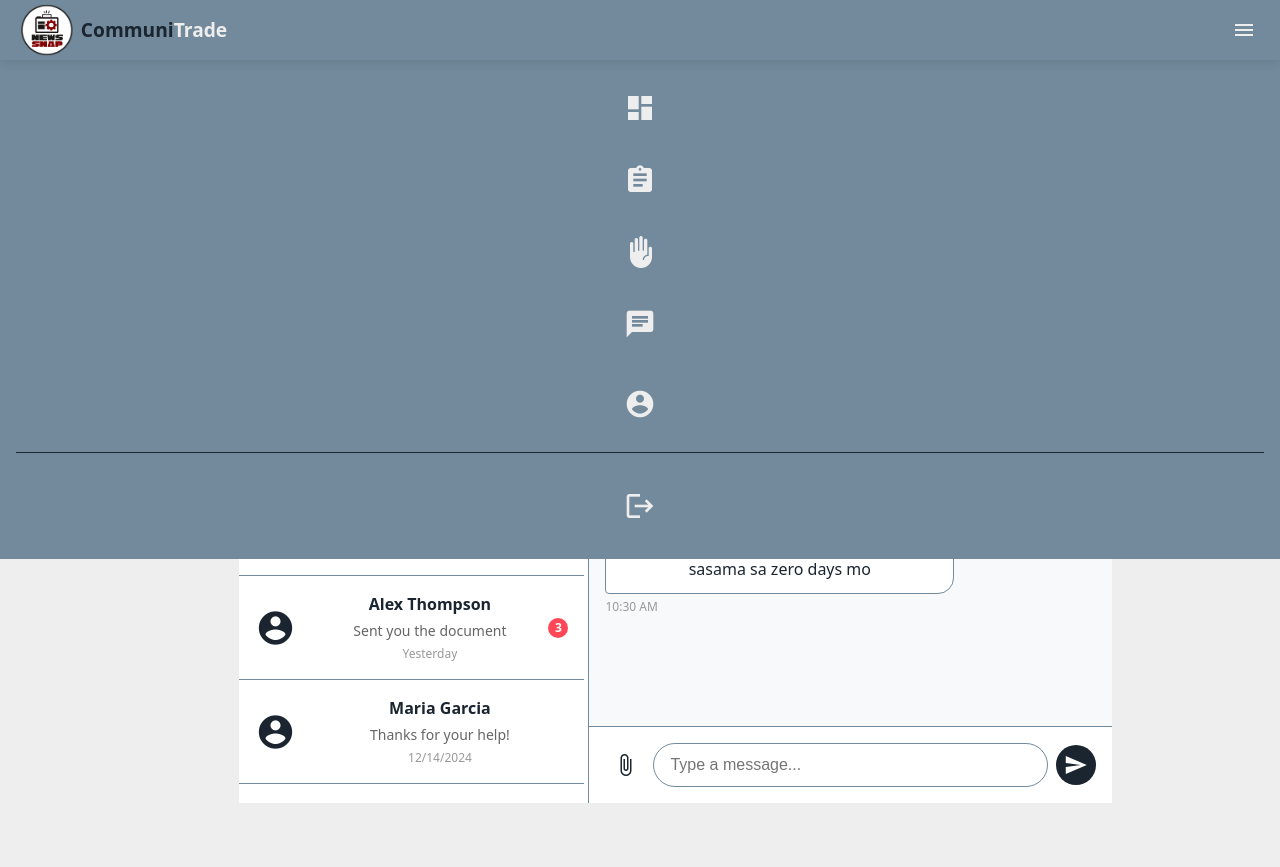
Repository: wholaanmo/news-snap
Page: /message
An editor plug-in stored every save of this project. The page is shown before and after a run of saves, followed by the edit.
The browser window is 1280 px wide. The pictures show the whole page.
The project was rebuilt for these pictures with package versions that can differ from the ones it lists, and the page was loaded fresh each time. Also part of the build but not shown: src/components/AdminNavbar.vue, src/components/AdminSidebar.vue, src/layouts/AdminLayout.vue.

Above is the page before, as saved 2025-10-15 20:00:38.

### index.html
<!doctype html>
<html lang="en">
  <head>
    <meta charset="UTF-8" />
    <link rel="icon" type="image/svg+xml" href="/vite.svg" />
    <meta name="viewport" content="width=device-width, initial-scale=1.0" />
    <title>CommuniTrade</title>
    <link href="https://fonts.googleapis.com/css2?family=Material+Icons"
      rel="stylesheet">
    <link href="https://fonts.googleapis.com/css2?family=Roboto:wght@400;700&display=swap" rel="stylesheet">
    <link href="https://fonts.googleapis.com/css2?family=Inter:wght@400;600&display=swap" rel="stylesheet">
  </head>
  <body>
    <div id="app"></div>
    <script type="module" src="/src/main.js"></script>
  </body>
</html>

### src/App.vue
<template>
  <div class="app">
    <router-view />
  </div>
</template>

<script setup>
// No need for layout logic here anymore - it's handled by individual layouts
</script>

<style lang="css">
:root {
  --primary: #1a2530;
  --grey: #728a9c;
  --dark: #0F0E0E;
  --dark-alt: #37353E;
  --light: #EEEEEE;
  --sidebar-width: 230px;
}

* {
  margin: 0;
  padding: 0;
  box-sizing: border-box;
  scrollbar-width: thin;
  scrollbar-color: #728a9c #f0f0f0;
}

body {
  background: var(--light);
}

button {
  cursor: pointer;
  appearance: none;
  border: none;
  outline: none;
  background: none;
}

.app {
  min-height: 100vh;
}
</style>

### src/layouts/UserLayout.vue
<template>
    <div class="user-layout">
      <UserNavbar :toggle-sidebar="toggleSidebar" />
      <div class="layout-body">
        <UserSidebar :isOpen="sidebarOpen" @toggle="sidebarOpen = $event" />
        <main class="user-content" :class="sidebarOpen && 'sidebar-open'">
          <router-view />
        </main>
      </div>
    </div>
  </template>

  <script setup>
  import { ref } from 'vue'
  import UserNavbar from '@/components/Navbar.vue'
  import UserSidebar from '@/components/Sidebar.vue'

  const sidebarOpen = ref(false)

  const toggleSidebar = () => {
    sidebarOpen.value = !sidebarOpen.value
  }
  </script>

  <style scoped>
  .user-layout {
    min-height: 100vh;
  }

  .layout-body {
    display: flex;
    min-height: calc(100vh - 60px);
    margin-top: 30px; /* Account for navbar height */
  }

  .user-content {
    flex: 1 1 0;
    margin-left: calc(1.5rem + 32px);
    transition: margin-left 0.2s ease-out;
    padding: 2rem;
  }

  .user-content.sidebar-open {
    margin-left: var(--sidebar-width);
  }

  @media (max-width: 768px) {
    .user-content {
      margin-left: 0;
      padding: 1rem;
    }

    .user-content.sidebar-open {
      margin-left: 0;
    }
  }
  </style>

### src/views/message.vue
<template>
  <div class="message-page">
    <!-- Sidebar with conversation list -->
    <div class="conversation-sidebar" :class="{ 'sidebar-collapsed': !isSidebarExpanded }">
      <div class="sidebar-header">
        <h2>Messages</h2>
      </div>

      <div class="conversation-list">
        <div
          v-for="conversation in conversations"
          :key="conversation.id"
          class="conversation-item"
          :class="{ active: activeConversation?.id === conversation.id }"
          @click="selectConversation(conversation)"
        >
          <div class="avatar">
            <span class="material-icons">account_circle</span>
          </div>
          <div class="conversation-info">
            <div class="user-name">{{ conversation.userName }}</div>
            <div class="last-message">{{ conversation.lastMessage }}</div>
            <div class="timestamp">{{ conversation.timestamp }}</div>
          </div>
          <div v-if="conversation.unreadCount > 0" class="unread-badge">
            {{ conversation.unreadCount }}
          </div>
        </div>
      </div>
    </div>

    <!-- Main chat area -->
    <div class="chat-area">
      <div v-if="activeConversation" class="chat-container">
        <!-- Chat header -->
        <div class="chat-header">
          <div class="chat-user-info">
            <span class="material-icons">account_circle</span>
            <span class="user-name">{{ activeConversation.userName }}</span>
            <span class="status" :class="activeConversation.status">{{ activeConversation.status }}</span>
          </div>
        </div>

        <!-- Messages container -->
        <div class="messages-container" ref="messagesContainer">
          <div
            v-for="message in activeConversation.messages"
            :key="message.id"
            class="message"
            :class="message.sender"
          >
            <div class="message-content">
              <img
                v-if="message.type === 'image'"
                :src="message.content"
                alt="Sent image"
                class="message-image"
                @click="openImageModal(message.content)"
              />
              <span v-else>{{ message.content }}</span>
            </div>
            <div class="message-time">
              {{ message.time }}
            </div>
          </div>
        </div>

        <!-- Message input -->
        <div class="message-input-container">
          <div class="input-wrapper">
            <input
              ref="fileInput"
              type="file"
              accept="image/*"
              style="display: none"
              @change="handleImageUpload"
            />
            <button @click="triggerFileInput" class="attachment-button">
              <span class="material-icons">attach_file</span>
            </button>
            <input
              v-model="newMessage"
              type="text"
              placeholder="Type a message..."
              @keyup.enter="sendMessage"
              class="message-input"
            >
            <button @click="sendMessage" class="send-button">
              <span class="material-icons">send</span>
            </button>
          </div>
        </div>
      </div>

      <!-- Empty state when no conversation selected -->
      <div v-else class="no-conversation">
        <div class="empty-state">
          <span class="material-icons">chat</span>
          <h3>Select a conversation</h3>
          <p>Choose a conversation from the list to start messaging</p>
        </div>
      </div>
    </div>

    <!-- Image Modal -->
    <div v-if="selectedImage" class="image-modal" @click="closeImageModal">
      <div class="modal-content">
        <img :src="selectedImage" alt="Full size image" />
        <button class="close-modal" @click="closeImageModal">
          <span class="material-icons">close</span>
        </button>
      </div>
    </div>
  </div>
</template>

<script setup>
import { ref, onMounted, nextTick } from 'vue'

// Reactive data
const isSidebarExpanded = ref(true)
const activeConversation = ref(null)
const newMessage = ref('')
const messagesContainer = ref(null)
const fileInput = ref(null)
const selectedImage = ref(null)

// Sample conversations data
const conversations = ref([
  {
    id: 1,
    userName: 'John Doe',
    lastMessage: 'Thanks for the help!',
    timestamp: '10:30 AM',
    unreadCount: 2,
    status: 'online',
    messages: [
      { id: 1, content: 'Hi sah!', sender: 'them', time: '10:15 AM' },
      { id: 2, content: 'Uy musta my young stunna?', sender: 'me', time: '10:16 AM' },
      { id: 3, content: 'Need ko help sa project namin', sender: 'them', time: '10:20 AM' },
      { id: 4, content: 'Ay bounce na ko jan sah', sender: 'me', time: '10:25 AM' },
      { id: 5, content: 'Awit, makikita mo talaga kung sino sasama sa zero days mo', sender: 'them', time: '10:30 AM' }
    ]
  },
  {
    id: 2,
    userName: 'Sarah Wilson',
    lastMessage: 'See you tomorrow!',
    timestamp: 'Yesterday',
    unreadCount: 0,
    status: 'offline',
    messages: [
      { id: 1, content: 'Meeting tomorrow at 3 PM', sender: 'them', time: 'Yesterday' },
      { id: 2, content: 'Owkie dowkie', sender: 'me', time: 'Yesterday' }
    ]
  },
  {
    id: 3,
    userName: 'Mike Johnson',
    lastMessage: 'Tapos na po maem',
    timestamp: '12/15/2024',
    unreadCount: 1,
    status: 'online',
    messages: [
      { id: 1, content: 'The files you requested are ready for review', sender: 'them', time: '12/15/2024' }
    ]
  },
  {
    id: 4,
    userName: 'Emily Davis',
    lastMessage: 'Are we still meeting today?',
    timestamp: '11:45 AM',
    unreadCount: 0,
    status: 'online',
    messages: [
      { id: 1, content: 'Hey, are you available for a quick call?', sender: 'them', time: '11:30 AM' },
      { id: 2, content: 'Sure, what time works for you?', sender: 'me', time: '11:35 AM' }
    ]
  },
  {
    id: 5,
    userName: 'Alex Thompson',
    lastMessage: 'Sent you the document',
    timestamp: 'Yesterday',
    unreadCount: 3,
    status: 'online',
    messages: [
      { id: 1, content: 'Can you review this document when you have time?', sender: 'them', time: 'Yesterday' },
      { id: 2, content: 'Of course, send it over', sender: 'me', time: 'Yesterday' }
    ]
  },
  {
    id: 6,
    userName: 'Maria Garcia',
    lastMessage: 'Thanks for your help!',
    timestamp: '12/14/2024',
    unreadCount: 0,
    status: 'offline',
    messages: [
      { id: 1, content: 'I really appreciate your assistance with the project', sender: 'them', time: '12/14/2024' },
      { id: 2, content: 'Happy to help anytime!', sender: 'me', time: '12/14/2024' }
    ]
  },
  {
    id: 7,
    userName: 'David Chen',
    lastMessage: 'Lets catch up soon',
    timestamp: '12/13/2024',
    unreadCount: 1,
    status: 'online',
    messages: [
      { id: 1, content: 'Long time no see! How have you been?', sender: 'them', time: '12/13/2024' },
      { id: 2, content: 'Doing great! We should definitely meet up', sender: 'me', time: '12/13/2024' }
    ]
  },
  {
    id: 8,
    userName: 'Lisa Rodriguez',
    lastMessage: 'The package arrived',
    timestamp: '12/12/2024',
    unreadCount: 0,
    status: 'offline',
    messages: [
      { id: 1, content: 'Just wanted to let you know the package arrived safely', sender: 'them', time: '12/12/2024' },
      { id: 2, content: 'Great! Thanks for the update', sender: 'me', time: '12/12/2024' }
    ]
  },
  {
    id: 9,
    userName: 'Kevin Wilson',
    lastMessage: 'Check this out!',
    timestamp: '12/11/2024',
    unreadCount: 2,
    status: 'online',
    messages: [
      { id: 1, content: 'Found this interesting article you might like', sender: 'them', time: '12/11/2024' },
      { id: 2, content: 'Looks cool, Ill read it later', sender: 'me', time: '12/11/2024' }
    ]
  }
])

// Methods
const toggleSidebar = () => {
  isSidebarExpanded.value = !isSidebarExpanded.value
}

const selectConversation = (conversation) => {
  activeConversation.value = conversation
  // Mark as read when selected
  conversation.unreadCount = 0
  // Scroll to bottom of messages
  nextTick(() => {
    scrollToBottom()
  })
}

const sendMessage = () => {
  if (!newMessage.value.trim() || !activeConversation.value) return

  const newMsg = {
    id: Date.now(),
    content: newMessage.value,
    sender: 'me',
    time: new Date().toLocaleTimeString([], { hour: '2-digit', minute: '2-digit' })
  }

  activeConversation.value.messages.push(newMsg)
  activeConversation.value.lastMessage = newMessage.value
  activeConversation.value.timestamp = 'Just now'

  newMessage.value = ''

  // Scroll to bottom after sending
  nextTick(() => {
    scrollToBottom()
  })
}

const triggerFileInput = () => {
  fileInput.value.click()
}

const handleImageUpload = (event) => {
  const file = event.target.files[0]
  if (file && file.type.startsWith('image/')) {
    const reader = new FileReader()
    reader.onload = (e) => {
      const imageMsg = {
        id: Date.now(),
        content: e.target.result,
        sender: 'me',
        type: 'image',
        time: new Date().toLocaleTimeString([], { hour: '2-digit', minute: '2-digit' })
      }

      activeConversation.value.messages.push(imageMsg)
      activeConversation.value.lastMessage = 'Sent an image'
      activeConversation.value.timestamp = 'Just now'

      // Scroll to bottom after sending
      nextTick(() => {
        scrollToBottom()
      })
    }
    reader.readAsDataURL(file)
  }

  // Reset file input
  event.target.value = ''
}

const openImageModal = (imageSrc) => {
  selectedImage.value = imageSrc
}

const closeImageModal = () => {
  selectedImage.value = null
}

const scrollToBottom = () => {
  if (messagesContainer.value) {
    messagesContainer.value.scrollTop = messagesContainer.value.scrollHeight
  }
}

// Lifecycle
onMounted(() => {
  // Select first conversation by default
  if (conversations.value.length > 0) {
    selectConversation(conversations.value[0])
  }
})
</script>

<style scoped>
.message-page {
  display: flex;
  height: calc(110vh - 80px);
  margin-top: -3px;
  background-color: var(--light);
}

/* Conversation Sidebar Styles */
.conversation-sidebar {
  width: 350px;
  background-color: white;
  border-right: 1px solid var(--grey);
  display: flex;
  flex-direction: column;
  transition: width 0.3s ease;
  overflow: hidden;
}

.sidebar-collapsed {
  width: 60px;
}

.sidebar-header {
  display: flex;
  justify-content: space-between;
  align-items: center;
  padding: 1rem;
  border-bottom: 1px solid var(--grey);
  background-color: var(--grey);
}

.sidebar-header h2 {
  margin: 0;
  color: var(--primary);
  font-size: 1.5rem;
}

.toggle-sidebar {
  background: none;
  border: none;
  cursor: pointer;
  color: var(--primary);
  padding: 0.5rem;
  border-radius: 0.25rem;
}

.toggle-sidebar:hover {
  background-color: var(--light);
}

.conversation-list {
  flex: 1;
  overflow-y: auto;
  padding-right: 4px;
}

/* Custom scrollbar for conversation list */
.conversation-list::-webkit-scrollbar {
  width: 8px;
}

.conversation-list::-webkit-scrollbar-track {
  background: #f1f1f1;
  border-radius: 4px;
}

.conversation-list::-webkit-scrollbar-thumb {
  background: var(--primary);
  border-radius: 4px;
}

.conversation-list::-webkit-scrollbar-thumb:hover {
  background: var(--dark);
}

.conversation-item {
  display: flex;
  align-items: center;
  padding: 1rem;
  cursor: pointer;
  border-bottom: 1px solid var(--grey);
  transition: background-color 0.2s ease;
  position: relative;
}

.conversation-item:hover {
  background-color: var(--light);
}

.conversation-item.active {
  background-color: var(--primary);
  color: white;
}

.conversation-item.active .user-name,
.conversation-item.active .last-message,
.conversation-item.active .timestamp {
  color: white;
}

.avatar {
  margin-right: 1rem;
  flex-shrink: 0;
}

.avatar .material-icons {
  font-size: 2.5rem;
  color: var(--primary);
}

.conversation-item.active .avatar .material-icons {
  color: white;
}

.conversation-info {
  flex: 1;
  min-width: 0;
}

.user-name {
  font-weight: 600;
  margin-bottom: 0.25rem;
  color: var(--primary);
}

.last-message {
  font-size: 0.875rem;
  color: #666;
  white-space: nowrap;
  overflow: hidden;
  text-overflow: ellipsis;
}

.timestamp {
  font-size: 0.75rem;
  color: #999;
  margin-top: 0.25rem;
}

.unread-badge {
  background-color: #ff4757;
  color: white;
  border-radius: 50%;
  width: 20px;
  height: 20px;
  display: flex;
  align-items: center;
  justify-content: center;
  font-size: 0.75rem;
  font-weight: 600;
}

/* Chat Area Styles */
.chat-area {
  flex: 1;
  display: flex;
  flex-direction: column;
  background-color: white;
}

.chat-container {
  display: flex;
  flex-direction: column;
  height: 100%;
  width: 103%;
}

.chat-header {
  padding: 1rem;
  border-bottom: 1px solid var(--grey);
  background-color: white;
}

.chat-user-info {
  display: flex;
  align-items: center;
  gap: 0.5rem;
}

.chat-user-info .material-icons {
  font-size: 2rem;
  color: var(--primary);
}

.status {
  font-size: 0.875rem;
  padding: 0.25rem 0.5rem;
  border-radius: 1rem;
  text-transform: capitalize;
}

.status.online {
  background-color: #2ed573;
  color: white;
}

.status.offline {
  background-color: #747d8c;
  color: white;
}

.messages-container {
  flex: 1;
  padding: 1rem;
  overflow-y: auto;
  display: flex;
  flex-direction: column;
  gap: 1rem;
  background-color: #f8f9fa;
  padding-right: 8px;
}

/* Custom scrollbar for messages container */
.messages-container::-webkit-scrollbar {
  width: 6px;
}

.messages-container::-webkit-scrollbar-track {
  background: #e9ecef;
  border-radius: 3px;
}

.messages-container::-webkit-scrollbar-thumb {
  background: #adb5bd;
  border-radius: 3px;
}

.messages-container::-webkit-scrollbar-thumb:hover {
  background: #6c757d;
}

.message {
  display: flex;
  flex-direction: column;
  max-width: 70%;
}

.message.me {
  align-self: flex-end;
  align-items: flex-end;
}

.message.them {
  align-self: flex-start;
  align-items: flex-start;
}

.message-content {
  padding: 0.75rem 1rem;
  border-radius: 1rem;
  word-wrap: break-word;
}

.message.me .message-content {
  background-color: var(--primary);
  color: white;
  border-bottom-right-radius: 0.25rem;
}

.message.them .message-content {
  background-color: white;
  color: var(--primary);
  border: 1px solid var(--grey);
  border-bottom-left-radius: 0.25rem;
}

.message-image {
  max-width: 300px;
  max-height: 300px;
  border-radius: 0.5rem;
  cursor: pointer;
  transition: transform 0.2s ease;
}

.message-image:hover {
  transform: scale(1.02);
}

.message-time {
  font-size: 0.75rem;
  color: #999;
  margin-top: 0.25rem;
}

.message-input-container {
  padding: 1rem;
  border-top: 1px solid var(--grey);
  background-color: white;
}

.input-wrapper {
  display: flex;
  gap: 0.5rem;
  align-items: center;
}

.attachment-button {
  background: none;
  border: none;
  color: var(--primary);
  cursor: pointer;
  padding: 0.5rem;
  border-radius: 50%;
  transition: background-color 0.2s ease;
}

.attachment-button:hover {
  background-color: var(--light);
}

.message-input {
  flex: 1;
  padding: 0.75rem 1rem;
  border: 1px solid var(--grey);
  border-radius: 2rem;
  outline: none;
  font-size: 1rem;
}

.message-input:focus {
  border-color: var(--primary);
}

.send-button {
  background-color: var(--primary);
  color: white;
  border: none;
  border-radius: 50%;
  width: 40px;
  height: 40px;
  display: flex;
  align-items: center;
  justify-content: center;
  cursor: pointer;
  transition: background-color 0.2s ease;
}

.send-button:hover {
  background-color: var(--dark);
}

.no-conversation {
  flex: 1;
  display: flex;
  align-items: center;
  justify-content: center;
  background-color: #f8f9fa;
}

.empty-state {
  text-align: center;
  color: #666;
}

.empty-state .material-icons {
  font-size: 4rem;
  color: var(--grey);
  margin-bottom: 1rem;
}

/* Image Modal Styles */
.image-modal {
  position: fixed;
  top: 0;
  left: 0;
  width: 100%;
  height: 100%;
  background-color: rgba(0, 0, 0, 0.9);
  display: flex;
  align-items: center;
  justify-content: center;
  z-index: 1000;
}

.modal-content {
  position: relative;
  max-width: 90%;
  max-height: 90%;
}

.modal-content img {
  max-width: 100%;
  max-height: 90vh;
  border-radius: 0.5rem;
}

.close-modal {
  position: absolute;
  top: -40px;
  right: 0;
  background: none;
  border: none;
  color: white;
  font-size: 2rem;
  cursor: pointer;
  padding: 0.5rem;
}

/* Responsive Design */
@media (max-width: 768px) {
  .conversation-sidebar {
    position: absolute;
    left: 0;
    top: 0;
    height: 100%;
    z-index: 98;
    transform: translateX(0);
  }

  .sidebar-collapsed {
    transform: translateX(-100%);
  }

  .chat-area {
    width: 100%;
  }

  .message {
    max-width: 85%;
  }

  .message-image {
    max-width: 200px;
    max-height: 200px;
  }
}

/* Material Icons alignment fix */
.material-icons {
  vertical-align: bottom;
}
</style>

### src/components/Navbar.vue
<template>
  <nav class="navbar">
    <div class="navbar-content">
      <div class="navbar-left">
        <div class="logo-container">
          <img src="../assets/CommuniTrade.png" alt="CommuniTrade Logo" class="logo-img">
          <p class="logo-text">Communi<span class="logo-text1">Trade</span></p>
        </div>
      </div>

      <div class="navbar-right">
        <button class="hamburger-btn" @click="toggleSidebar">
          <span class="material-icons">menu</span>
        </button>
      </div>
    </div>
  </nav>
</template>

<script setup>
defineProps({
  toggleSidebar: Function
})
</script>

<style scoped>
.navbar {
  position: fixed;
  top: 0;
  left: 0;
  right: 0;
  height: 60px;
  background-color: var(--grey);
  color: var(--light);
  z-index: 98;
  box-shadow: 0 2px 10px rgba(0, 0, 0, 0.1);
}

.navbar-content {
  display: flex;
  align-items: center;
  justify-content: space-between;
  height: 100%;
  padding: 0 1rem;
}

.navbar-left {
  display: flex;
  align-items: center;
}

.navbar-right {
  display: flex;
  align-items: center;
}

.logo-container {
  display: flex;
  align-items: center;
  gap: 0.5rem;
}

.logo-img {
  width: 52px;
  height: 52px;
  object-fit: contain;
  margin-left: 0.3rem;
}

.logo-text1 {
  font-weight: bold;
  font-size: 1.2rem;
  color: var(--light);
}

.logo-text {
  font-weight: bold;
  font-size: 1.2rem;
  color: var(--primary);
}

.hamburger-btn {
  display: flex;
  align-items: center;
  justify-content: center;
  width: 40px;
  height: 40px;
  border-radius: 50%;
  transition: all 0.3s ease;
  color: var(--light);
}

.hamburger-btn:hover {
  color: var(--primary);
  transform: rotate(180deg);
}

/* Remove the media query that hides the logo text */
/* @media (max-width: 768px) {
  .logo-text {
    display: none;
  }
} */

/* Instead, adjust font size for very small screens */
@media (max-width: 480px) {
  .logo-text {
    font-size: 1rem;
  }

  .logo-img {
    width: 35px;
    height: 35px;
  }
}

@media (max-width: 360px) {
  .logo-text {
    font-size: 0.9rem;
  }
}
</style>

Loaded but not shown: src/style.css (common file); src/main.js (98 lines, source omitted); src/components/Sidebar.vue (236 lines, source omitted)

After the next 5 saves:
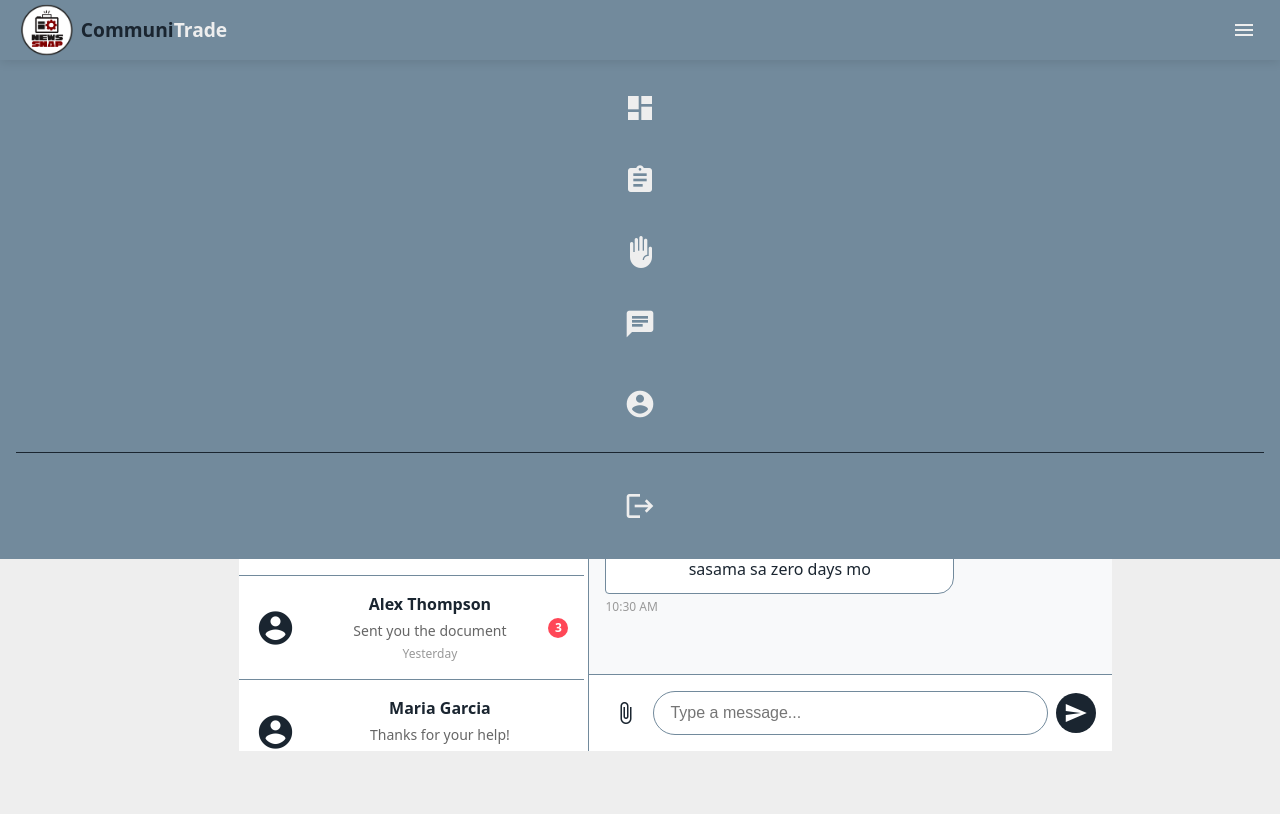
The 5 saves are shown as one change because they came seconds apart.
The last was saved 20 s later.
--- a/src/views/message.vue
+++ b/src/views/message.vue
@@ -335,9 +335,10 @@ onMounted(() => {
 <style scoped>
 .message-page {
   display: flex;
-  height: calc(110vh - 80px);
+  height: calc(100vh - 60px);
   margin-top: -3px;
   background-color: var(--light);
+  margin-bottom: -10px;
 }
 
 /* Conversation Sidebar Styles */
